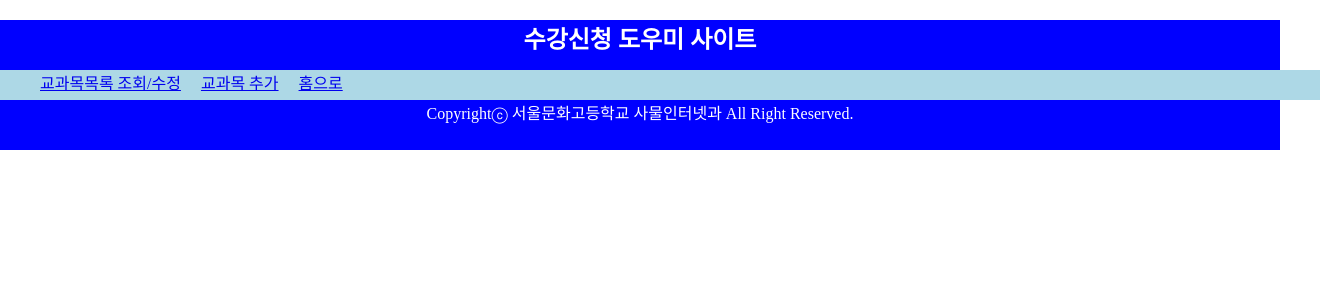
Repository: yuuki08noah/CHUNGCHUSANKI
Page: http://localhost/project/
These files come from the project's save history. The page is drawn as it stood at one moment and after the next save; the edit follows.
The browser window is 1280 px wide. The page is 1320 px wide, so the pictures cover 1320 px, including what lies to the right of the window. The pictures show the whole page.
The page is served by Tomcat 9.

Above is the page before, as saved 2025-03-25 08:26:49.

### HRD_002/project/src/main/webapp/index.jsp
<%@ page language="java" contentType="text/html; charset=UTF-8"
    pageEncoding="UTF-8"%>
<!DOCTYPE html>
<html>
<head>
<meta charset="UTF-8">
<title>Insert title here</title>
</head>
<body>
	<jsp:include page="header.jsp"/>
	<jsp:include page="footer.jsp"/>
</body>
</html>

### HRD_002/project/src/main/webapp/header.jsp
<%@ page language="java" contentType="text/html; charset=UTF-8"
    pageEncoding="UTF-8"%>
<!DOCTYPE html>
<html>
<head style="display: none">
<meta charset="UTF-8">
<title>Insert title here</title>
</head>
<body style="margin: 0 0; top: 0; padding: 0 0;">
	<header style="height: 50px; width: 100%; color: white; background-color: blue; text-align: center; margin-top: 0">
		<h2>수강신청 도우미 사이트</h2>
	</header>
	<nav style="height: 30px; width: 100%; color: white; background-color: lightblue; display: flex; gap: 20px; padding-left: 40px">
		<a href="#">교과목목록 조회/수정</a>
		<a href="#">교과목 추가</a>
		<a href="#">홈으로</a>
	</nav>
</body>
</html>

### HRD_002/project/src/main/webapp/footer.jsp
<%@ page language="java" contentType="text/html; charset=UTF-8"
    pageEncoding="UTF-8"%>
<!DOCTYPE html>
<html>
<head>
<meta charset="UTF-8">
<title>Insert title here</title>
</head>
<body style="bottom: 0; position: fixed; width: 100%;">
	<div style="width: 100%; height: 50px; background-color: blue; color: white; text-align: center; align-items: center;">
	Copyrightⓒ 서울문화고등학교 사물인터넷과 All Right Reserved.
	</div>
</body>
</html>

After the next save:
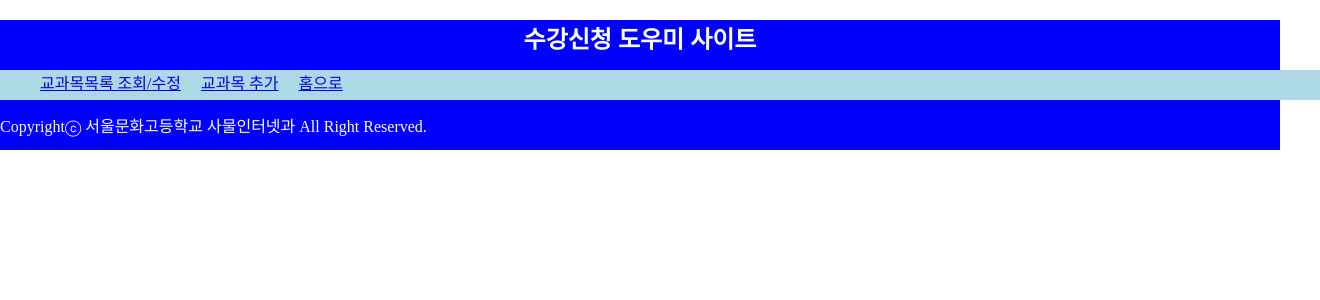
Saved 5 s later.
--- a/HRD_002/project/src/main/webapp/footer.jsp
+++ b/HRD_002/project/src/main/webapp/footer.jsp
@@ -7,7 +7,7 @@
 <title>Insert title here</title>
 </head>
 <body style="bottom: 0; position: fixed; width: 100%;">
-	<div style="width: 100%; height: 50px; background-color: blue; color: white; text-align: center; align-items: center;">
+	<div style="width: 100%; height: 50px; background-color: blue; color: white; text-align: center; align-items: center; display: flex;">
 	Copyrightⓒ 서울문화고등학교 사물인터넷과 All Right Reserved.
 	</div>
 </body>
